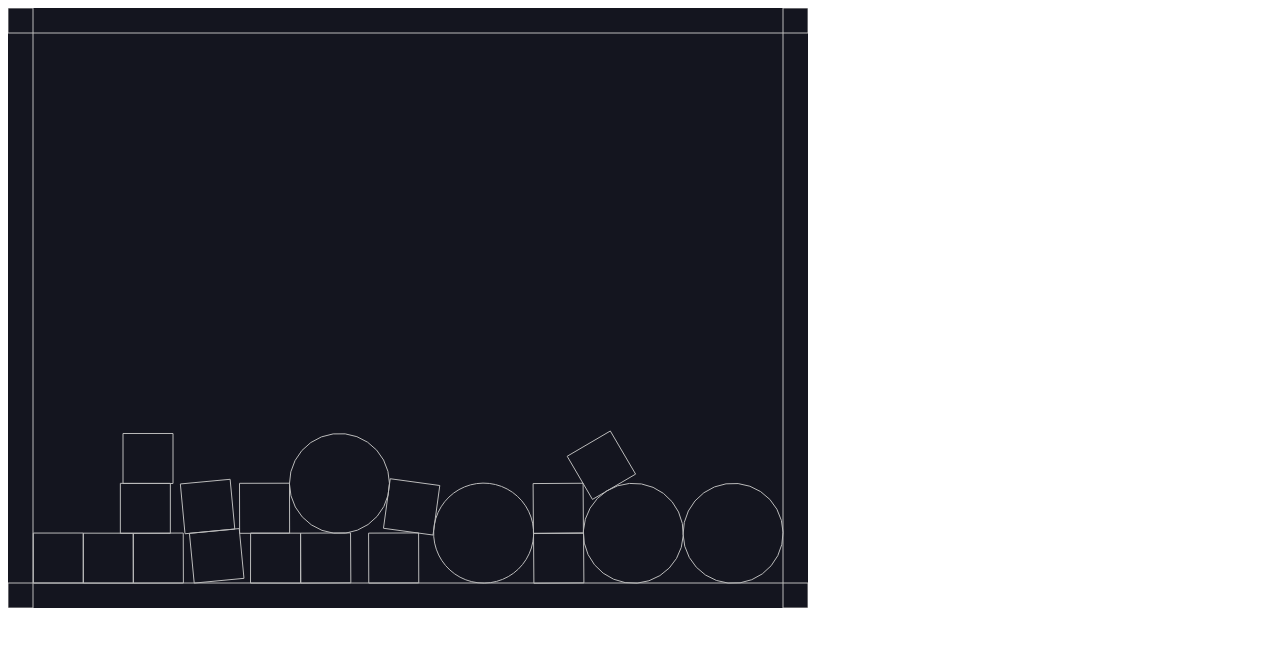
Repository: Sbethm/maze-runner
Page: index.html
These files come from the project's save history. The page is drawn as it stood at one moment and after a run of saves; the edit follows.
The browser window is 1280 px wide. The pictures show the whole page.
Some web libraries are served in a nearby version.

Above is the page before, as saved 2021-10-01 16:14:05.

After the next 2 saves:
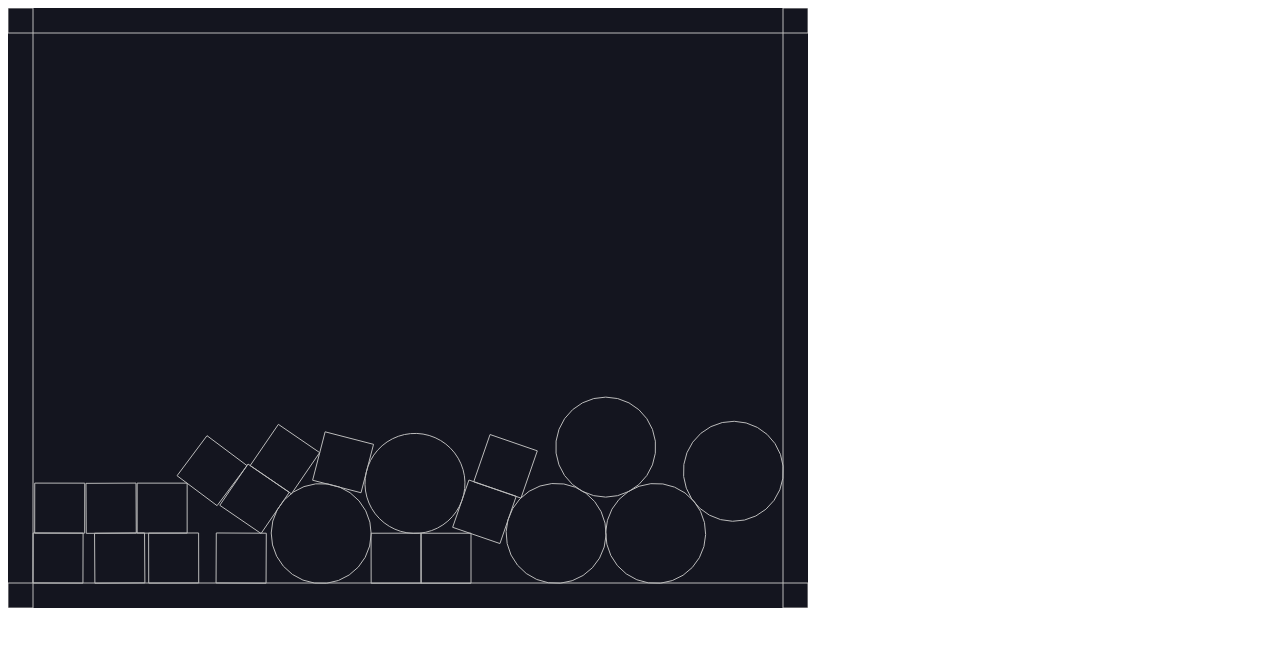
The 2 saves are shown as one change because they came seconds apart.
The last was saved 5 s later.
--- a/app.js
+++ b/app.js
@@ -34,6 +34,9 @@ const shape = [
     Bodies.rectangle(430, 200, 50, 50),
     Bodies.rectangle(430, 200, 50, 50),
     Bodies.rectangle(430, 200, 50, 50),
+
+    Bodies.circle(633, 200, 50, 50),
+    Bodies.circle(633, 200, 50, 50),
     Bodies.circle(633, 200, 50, 50),
     Bodies.circle(750, 200, 50, 50),
     Bodies.circle(450, 200, 50, 50),
